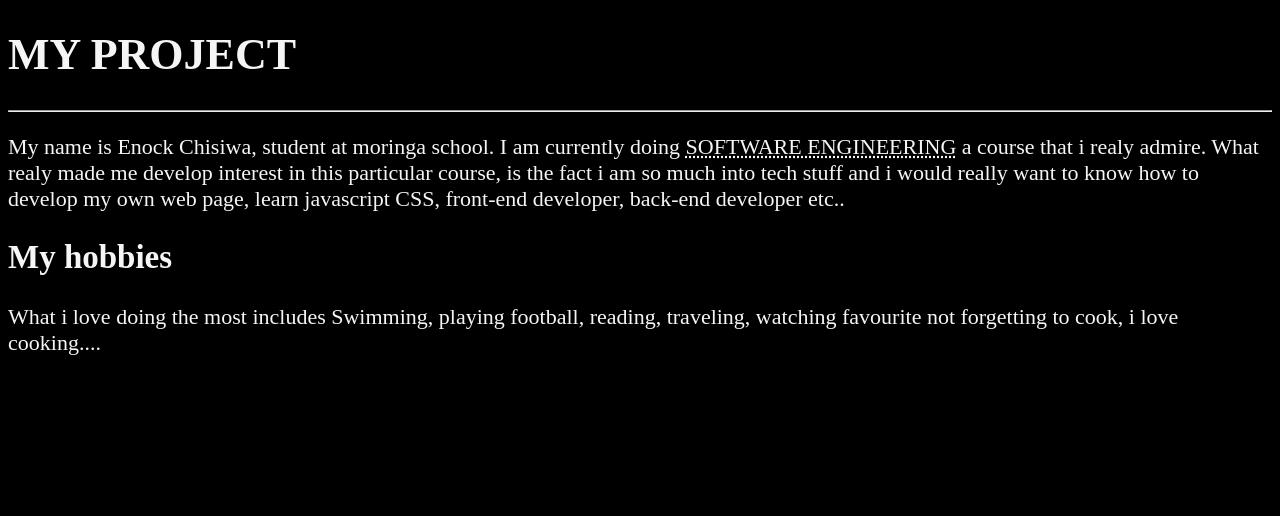
Repository: chiscobyte/README.md
Page: my project/index.html
These files come from the project's save history. The page is drawn as it stood at one moment and after the next save; the edit follows.
The browser window is 1280 px wide. The pictures show the whole page.

Above is the page before, as saved 2025-02-22 18:58:07.

After the next save:
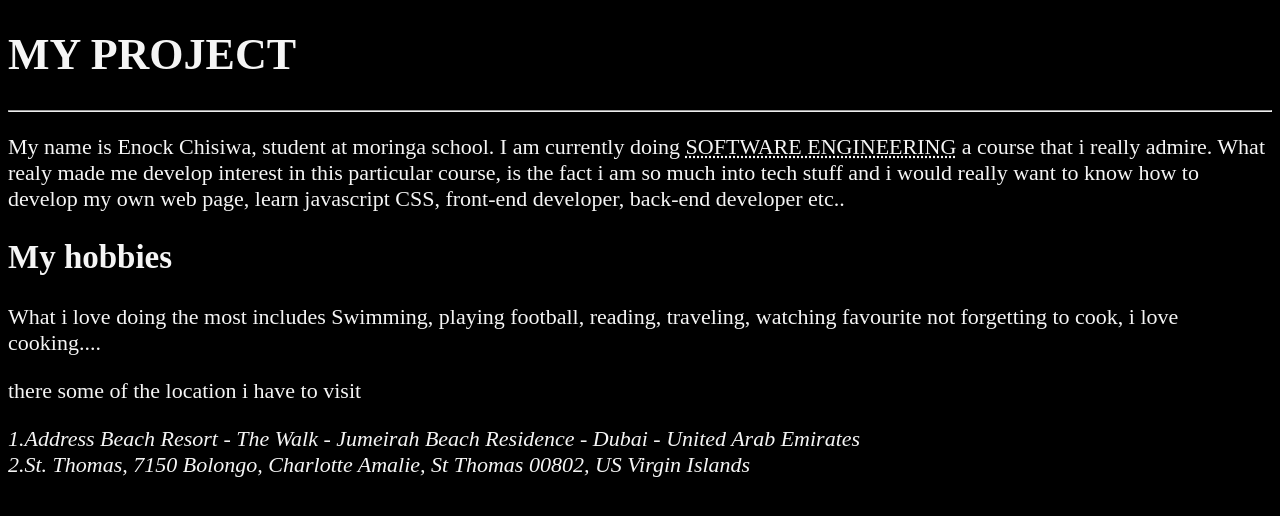
Saved 12 min 28 s later.
--- a/my project/index.html
+++ b/my project/index.html
@@ -19,7 +19,7 @@
 
     <hr>
 
-    <p>My name is Enock Chisiwa, student at moringa school. I am currently doing <abbr title="">SOFTWARE ENGINEERING</abbr> a course that i realy admire. What realy made me develop interest in this particular course, is
+    <p>My name is Enock Chisiwa, student at moringa school. I am currently doing <abbr title="">SOFTWARE ENGINEERING</abbr> a course that i really admire. What realy made me develop interest in this particular course, is
     the fact i am so much into tech stuff and i would really want to know how to develop my own web page,
     learn javascript CSS, front-end developer, back-end developer etc..</p>
 
@@ -27,6 +27,10 @@
    <p>What i love doing the most includes Swimming, playing football, reading, traveling, watching favourite
       not forgetting to cook, i love cooking....</p>
 
+    <p>there some of the location i have to visit </p>
+    <address>1.Address Beach Resort - The Walk - Jumeirah Beach Residence - Dubai - United Arab Emirates</address>
+    <address>2.St. Thomas, 7150 Bolongo, Charlotte Amalie, St Thomas 00802, US Virgin Islands</address>
+
 
 
 
